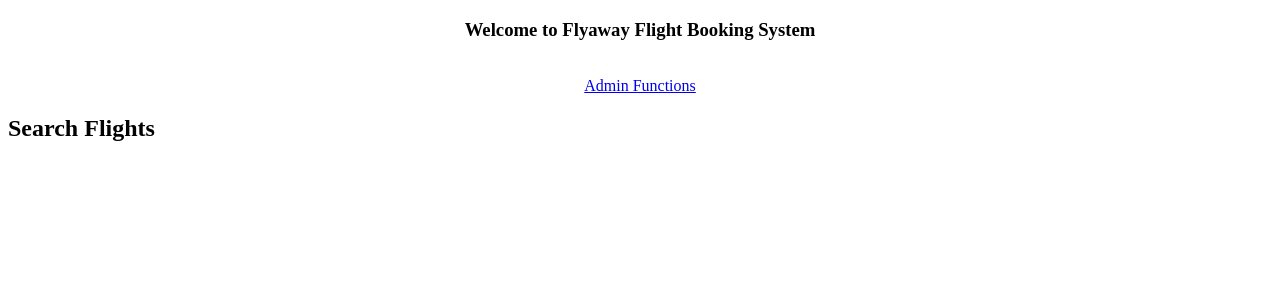
Repository: parijat-singh/Web_Backend
Page: http://localhost/pgfsd-flyaway-project/
The author's editor kept a copy of each file at every save. The page is drawn from the files as they stood at one save, then again after the next save.
The browser window is 1280 px wide. The pictures show the whole page.
The page is served by Tomcat 9.

Above is the page before, as saved 2021-06-08 10:57:04.

After the next save:
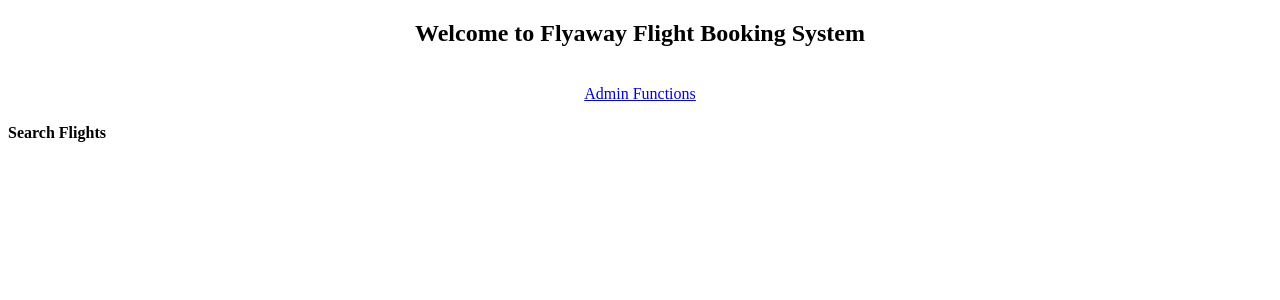
Saved 24 s later.
--- a/pgfsd-flyaway-project/src/main/webapp/index.jsp
+++ b/pgfsd-flyaway-project/src/main/webapp/index.jsp
@@ -8,12 +8,12 @@
 </head>
 <body>
 	<div align='center'>
-	<h3>Welcome to Flyaway Flight Booking System</h3>
+	<h2>Welcome to Flyaway Flight Booking System</h2>
 	<br/>
 	<a href='admin.html'>Admin Functions</a>
 	</div>
 	<div align='left'>
-	<h2>Search Flights</h2>
+	<h4>Search Flights</h4>
 	</div>
 
 
